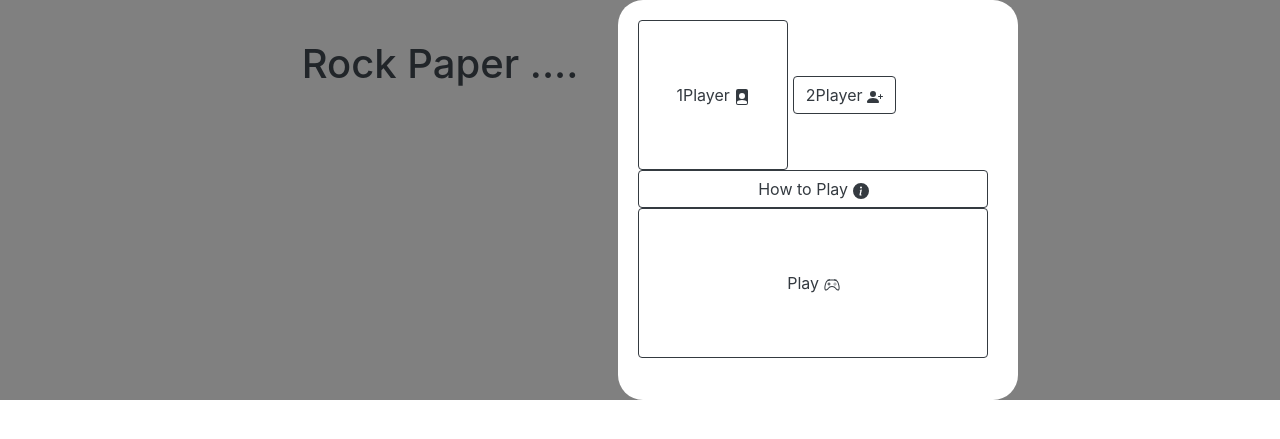
Repository: hossamsulleman1/Colllege-rock-paper-game
Page: index.html
These files come from the project's save history. The page is drawn as it stood at one moment and after the next save; the edit follows.
The browser window is 1280 px wide. The pictures show the whole page.

Above is the page before, as saved 2020-09-15 10:44:30.
Console error: SyntaxError: Unexpected token '<'

After the next save:
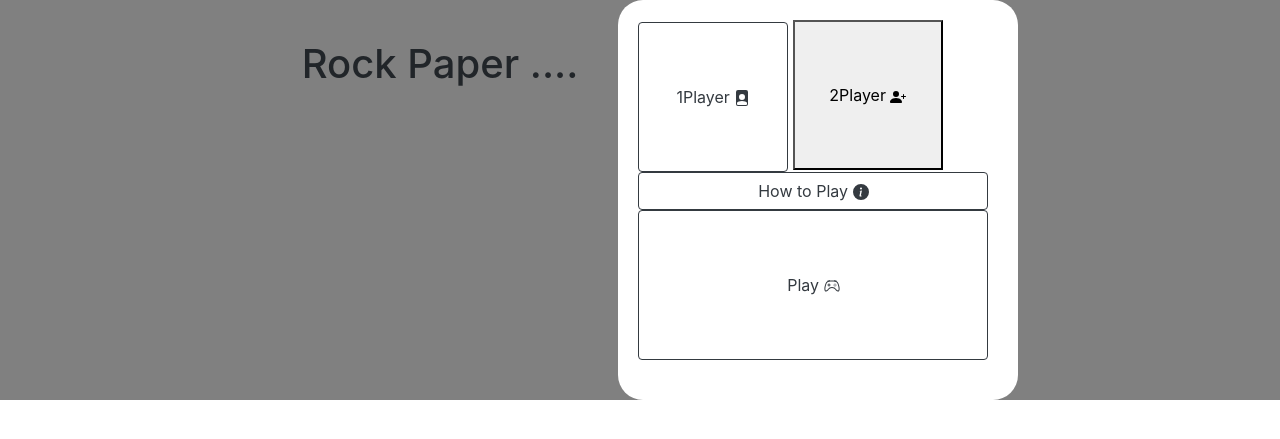
Saved 9 s later.
--- a/index.html
+++ b/index.html
@@ -18,7 +18,7 @@
         <path fill-rule="evenodd" d="M12 0H4a2 2 0 0 0-2 2v12a2 2 0 0 0 2 2h8a2 2 0 0 0 2-2V2a2 2 0 0 0-2-2zm-1 7a3 3 0 1 1-6 0 3 3 0 0 1 6 0zm-3 4c2.623 0 4.146.826 5 1.755V14a1 1 0 0 1-1 1H4a1 1 0 0 1-1-1v-1.245C3.854 11.825 5.377 11 8 11z"/>
       </svg>
 </button>
-<button class="btn btn-outline-dark">
+<button style="height: 150px; width: 150px; class="btn btn-outline-dark">
     2Player
     <svg width="1em" height="1em" viewBox="0 0 16 16" class="bi bi-person-plus-fill" fill="currentColor" xmlns="http://www.w3.org/2000/svg">
         <path fill-rule="evenodd" d="M1 14s-1 0-1-1 1-4 6-4 6 3 6 4-1 1-1 1H1zm5-6a3 3 0 1 0 0-6 3 3 0 0 0 0 6zm7.5-3a.5.5 0 0 1 .5.5V7h1.5a.5.5 0 0 1 0 1H14v1.5a.5.5 0 0 1-1 0V8h-1.5a.5.5 0 0 1 0-1H13V5.5a.5.5 0 0 1 .5-.5z"/>
